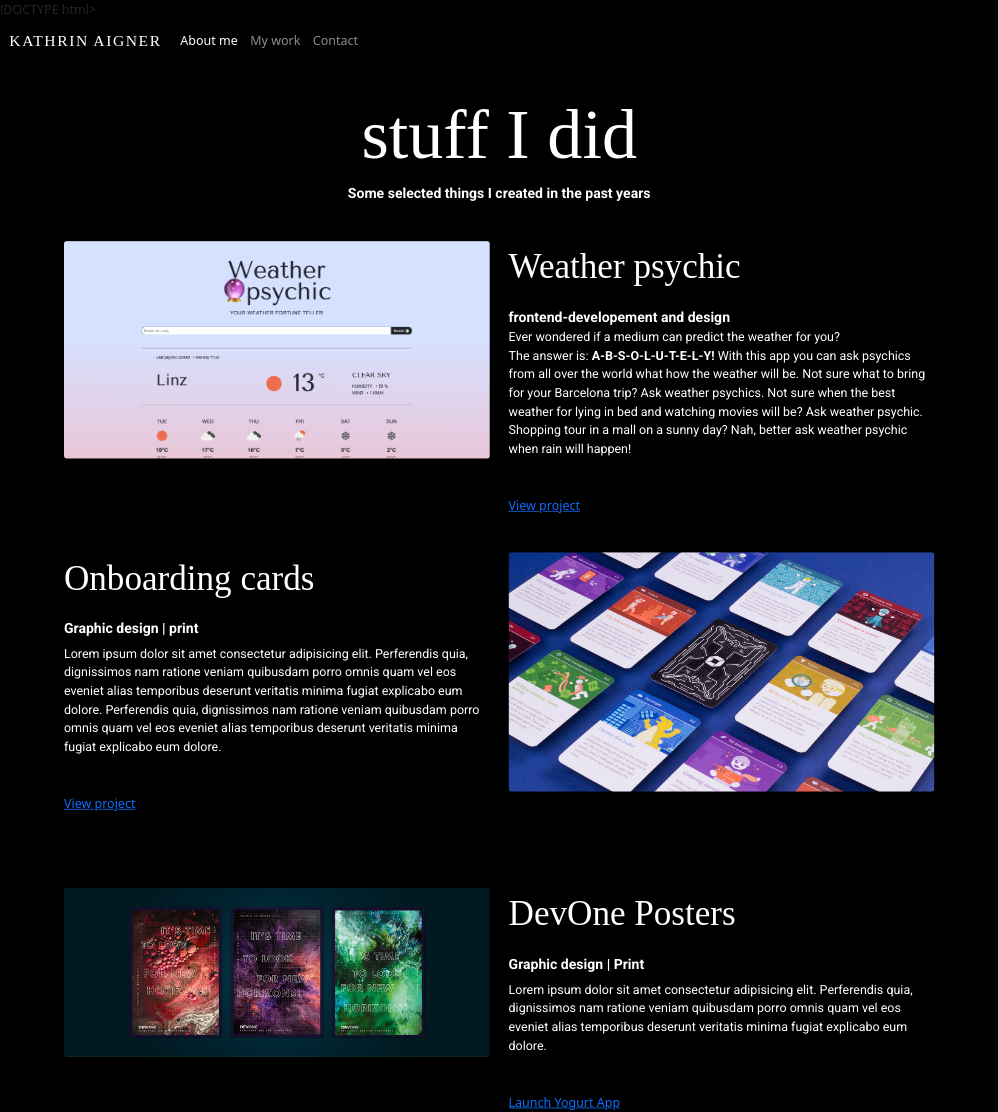
Repository: kathrin-aigner/Portfolio-2022
Page: work.html
These files come from the project's save history. The page is drawn as it stood at one moment and after the next save; the edit follows.
The browser window is 1280 px wide. The pictures show the whole page, at 78% of full size.
Some web fonts or font styles are not loaded; a fallback is used. Some web libraries are served in a nearby version.

Above is the page before, as saved 2022-03-28 13:23:16.

### work.html
!DOCTYPE html>
<html lang="en">
  <head>
    <meta charset="UTF-8" />
    <meta http-equiv="X-UA-Compatible" content="IE=edge" />
    <meta name="viewport" content="width=device-width, initial-scale=1.0" />
    <link
      href="https://cdn.jsdelivr.net/npm/bootstrap@5.1.3/dist/css/bootstrap.min.css"
      rel="stylesheet"
      integrity="sha384-1BmE4kWBq78iYhFldvKuhfTAU6auU8tT94WrHftjDbrCEXSU1oBoqyl2QvZ6jIW3"
      crossorigin="anonymous"
    />
    <script
      src="https://cdn.jsdelivr.net/npm/bootstrap@5.1.3/dist/js/bootstrap.bundle.min.js"
      integrity="sha384-ka7Sk0Gln4gmtz2MlQnikT1wXgYsOg+OMhuP+IlRH9sENBO0LRn5q+8nbTov4+1p"
      crossorigin="anonymous"
    ></script>
    <link rel="preconnect" href="https://fonts.googleapis.com" />
    <link rel="preconnect" href="https://fonts.gstatic.com" crossorigin />
    <link
      href="https://fonts.googleapis.com/css2?family=Dela+Gothic+One&family=Roboto:wght@400;500;700&display=swap"
      rel="stylesheet"
    />
    <script
      src="https://kit.fontawesome.com/9a62a34935.js"
      crossorigin="anonymous"
    ></script>

    <link rel="stylesheet" href="/css/styles.css" />
    <title>Welcome to my portfolio – Kathrin Aigner</title>
  </head>
  <body>
    <nav class="navbar navbar-expand-lg navbar-dark text-end">
      <div class="container-fluid">
        <a class="navbar-brand text-uppercase" href="#">Kathrin Aigner</a>
        <button
          class="navbar-toggler"
          type="button"
          data-bs-toggle="collapse"
          data-bs-target="#navbarSupportedContent"
          aria-controls="navbarSupportedContent"
          aria-expanded="false"
          aria-label="Toggle navigation"
        >
          <span class="navbar-toggler-icon"></span>
        </button>
        <div class="collapse navbar-collapse" id="navbarSupportedContent">
          <ul class="navbar-nav me-auto mb-2 mb-lg-0">
            <li class="nav-item">
              <a
                class="nav-link active"
                aria-current="page"
                href="/about.html"
                title="more information about me"
                >About me</a
              >
            </li>
            <li class="nav-item">
              <a class="nav-link" href="/work.html" title="View my work here"
                >My work</a
              >
            </li>
            <li class="nav-item">
              <a class="nav-link" href="/contact.html" title="how to contact me"
                >Contact</a
              >
            </li>
          </ul>
        </div>
      </div>
    </nav>
    <div class="container mb-5">
      <div class="header-page text-center mb-3 mt-5">
  stuff I did
      </div>
      <div class="introduction text-center">
        Some selected things I created in the past years
      </div>
    </div>
    <div class="container">

      <div class="row">
        <div class="col-md-6">
          <img
            src="/images/wheater psychic.png"
            class="img-fluid rounded"
            alt="picture showing a preview of the weather homepage"
          />
        </div>
        <div class="col-sm-6">
          <div class="project-header mb-3">Weather psychic</div>
          <div class="introduction"> frontend-developement and design</div>
          <p class="page-section">
            Ever wondered if a medium can predict the weather for you? </br>The
            answer is: <strong>A-B-S-O-L-U-T-E-L-Y!</strong> With this app you
            can ask psychics from all over the world what how the weather will be.
            Not sure what to bring for your Barcelona trip? Ask weather psychics.
            Not sure when the best weather for lying in bed and watching movies
            will be? Ask weather psychic. Shopping tour in a mall on a sunny
            day? Nah, better ask weather psychic when rain will happen!
          </p>
          <div class="mt-5">
            <a href="#" class="primary-link" title="click to launch weather psychic"
              >View project</a
            >
          </div>
        </div>
      </div>
      <div class="row mt-5">
        <div class="col-sm-6">
          <div class="project-header mb-3">Onboarding cards</div>
          <div class="introduction mb-2"> Graphic design | print </div>
          <p class="page-section text-right">
            Lorem ipsum dolor sit amet consectetur adipisicing elit. Perferendis
            quia, dignissimos nam ratione veniam quibusdam porro omnis quam vel
            eos eveniet alias temporibus deserunt veritatis minima fugiat
            explicabo eum dolore. Perferendis
            quia, dignissimos nam ratione veniam quibusdam porro omnis quam vel
            eos eveniet alias temporibus deserunt veritatis minima fugiat
            explicabo eum dolore.
          </p>
          <div class="mb-5 mt-5">
            <a href="#" class="primary-link" title="Click to view the project"
              >View project</a
            >
          </div>
        </div>
        <div class="col-sm-6">
          <img
            src="/images/onboarding-cards.jpg"
            class="img-fluid rounded"
            alt="picture showing card game"
          />
        </div>
      </div>
      <div class="row mt-5">
        <div class="col-sm-6">
          <img
            src="/images/posters.jpg"
            class="img-fluid rounded"
            alt="picture showing a preview of the website about yoghurt"
          />
        </div>
        <div class="col-sm-6">
          <div class="project-header mb-3">DevOne Posters</div>
          <div class="introduction mb-2">
          Graphic design | Print
          </div>
          <p class="page-section">
            Lorem ipsum dolor sit amet consectetur adipisicing elit. Perferendis
            quia, dignissimos nam ratione veniam quibusdam porro omnis quam vel
            eos eveniet alias temporibus deserunt veritatis minima fugiat
            explicabo eum dolore.
          </p>
          <div class="mt-5">
            <a href="#" class="primary-link" title="click to launch yogurt app"
              >Launch Yogurt App</a
            >
          </div>
        </div>
      </div>
    </div>
  </body>
</html>

### css/styles.css
:root {
  --primary-color: white;
  --secondary-color: black;
  --heading-font-family: "Dela Gothic One", cursive;
  --default-font-family: "Roboto", sans-serif;
}

body {
  background-color: var(--secondary-color);
}

.herosection {
  text-align: center;
  padding: 160px 0;
}
.header {
  line-height: 1em;
  font-family: var(--heading-font-family);
  font-size: 200px;
  color: var(--primary-color);
}
.subheader {
  font-size: 32px;
  color: var(--primary-color);
  font-family: var(--default-font-family);
}
.header-page {
  line-height: 1em;
  font-size: 90px;
  color: var(--primary-color);
  font-family: var(--heading-font-family);
}
.project-header {
  font-size: 45px;
  color: var(--primary-color);
  font-family: var(--heading-font-family);
}
.page-section {
  font-size: 16px;
  color: var(--primary-color);
  font-family: var(--default-font-family);
}

.introduction {
  font-size: 18px;
  font-weight: bold;
  color: var(--primary-color);
  font-family: var(--default-font-family);
}
.navbar-brand {
  font-family: var(--heading-font-family);

  letter-spacing: 0.1em;
}

.btn-primary {
  font-family: var(--default-font-family);
  border: 2px solid var(--primary-color);
  background: var(--secondary-color);
  padding: 12px 48px;
}

.project-preview {
  max-width: 500px;
}

After the next save:
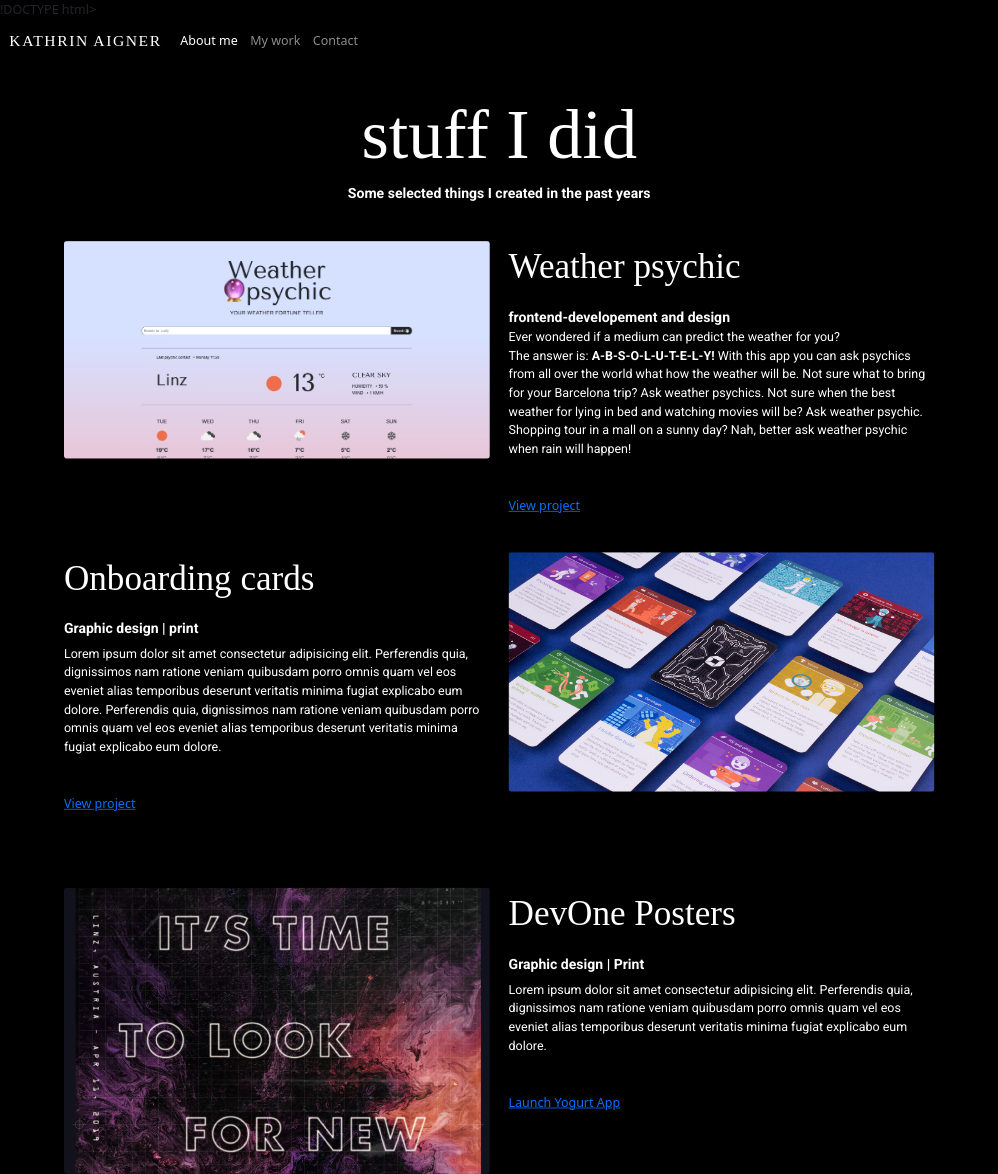
Saved 2 min 33 s later.
--- a/work.html
+++ b/work.html
@@ -136,7 +136,7 @@
       <div class="row mt-5">
         <div class="col-sm-6">
           <img
-            src="/images/posters.jpg"
+            src="/images/devOne.png"
             class="img-fluid rounded"
             alt="picture showing a preview of the website about yoghurt"
           />
